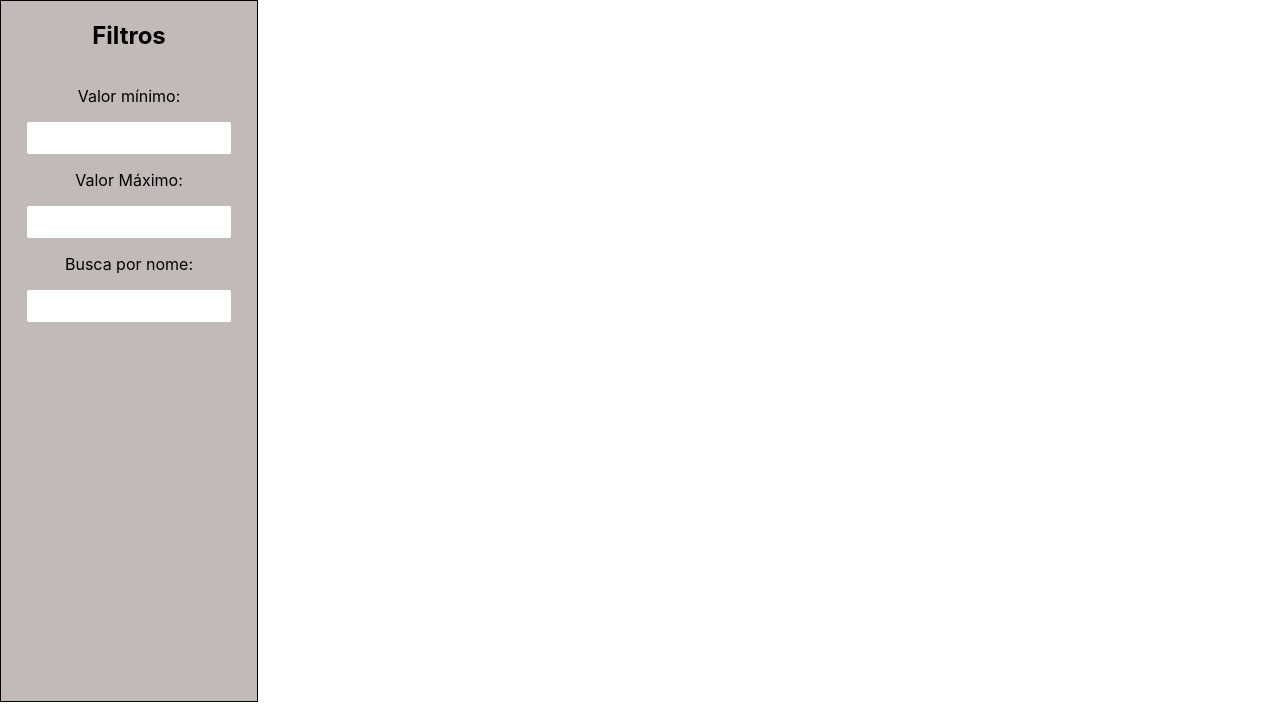
Repository: future4code/Shaw-labe-commerce9
Page: /
These files come from the project's save history. The page is drawn as it stood at one moment and after the next save; the edit follows.
The browser window is 1280 px wide. The pictures show the whole page.
The project was rebuilt for these pictures with package versions that can differ from the ones it lists, and the page was loaded fresh each time. Also part of the build but not shown: src/App.css.

Above is the page before, as saved 2022-03-30 16:43:45.

After the next save:
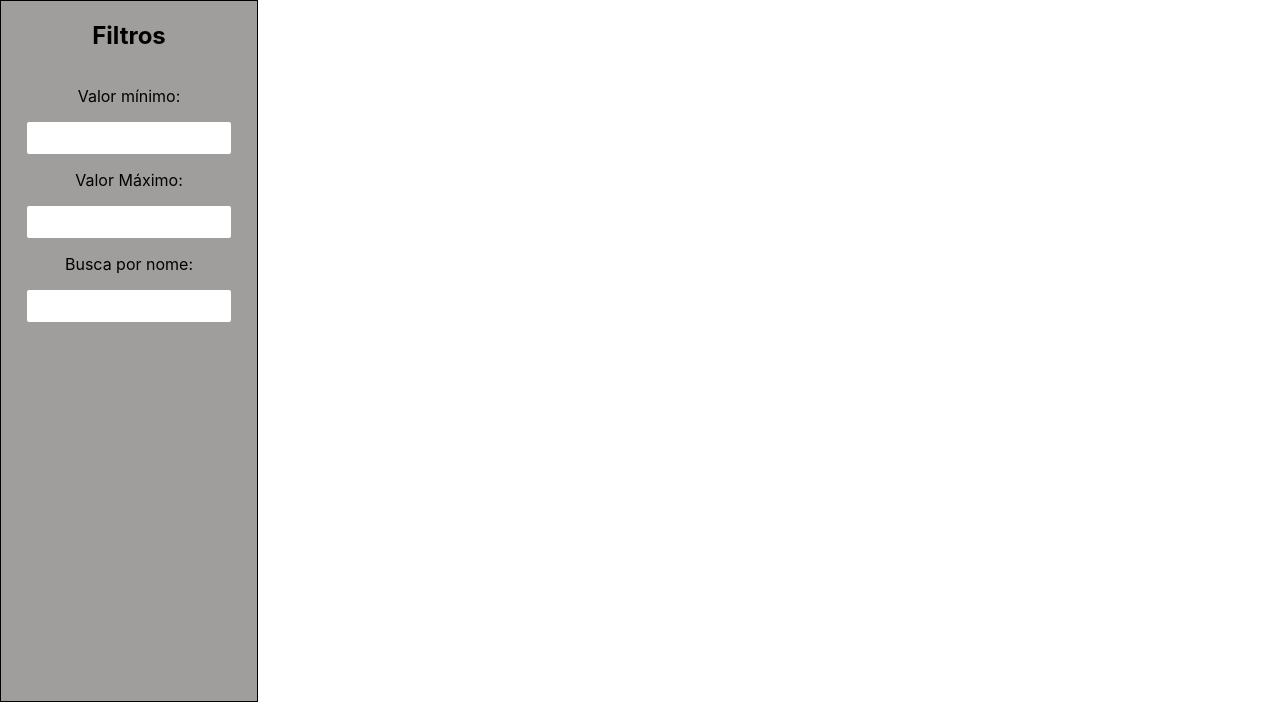
Saved 14 s later.
--- a/src/components/filtro.jsx
+++ b/src/components/filtro.jsx
@@ -3,7 +3,7 @@ import styled from "styled-components";
 
 
 const ContainerFiltro =styled.div`
-background-color: #c2b9b9;
+background-color: #a09d9d;
 display: flex;
 flex-direction: column;
 justify-content: flex-start;
